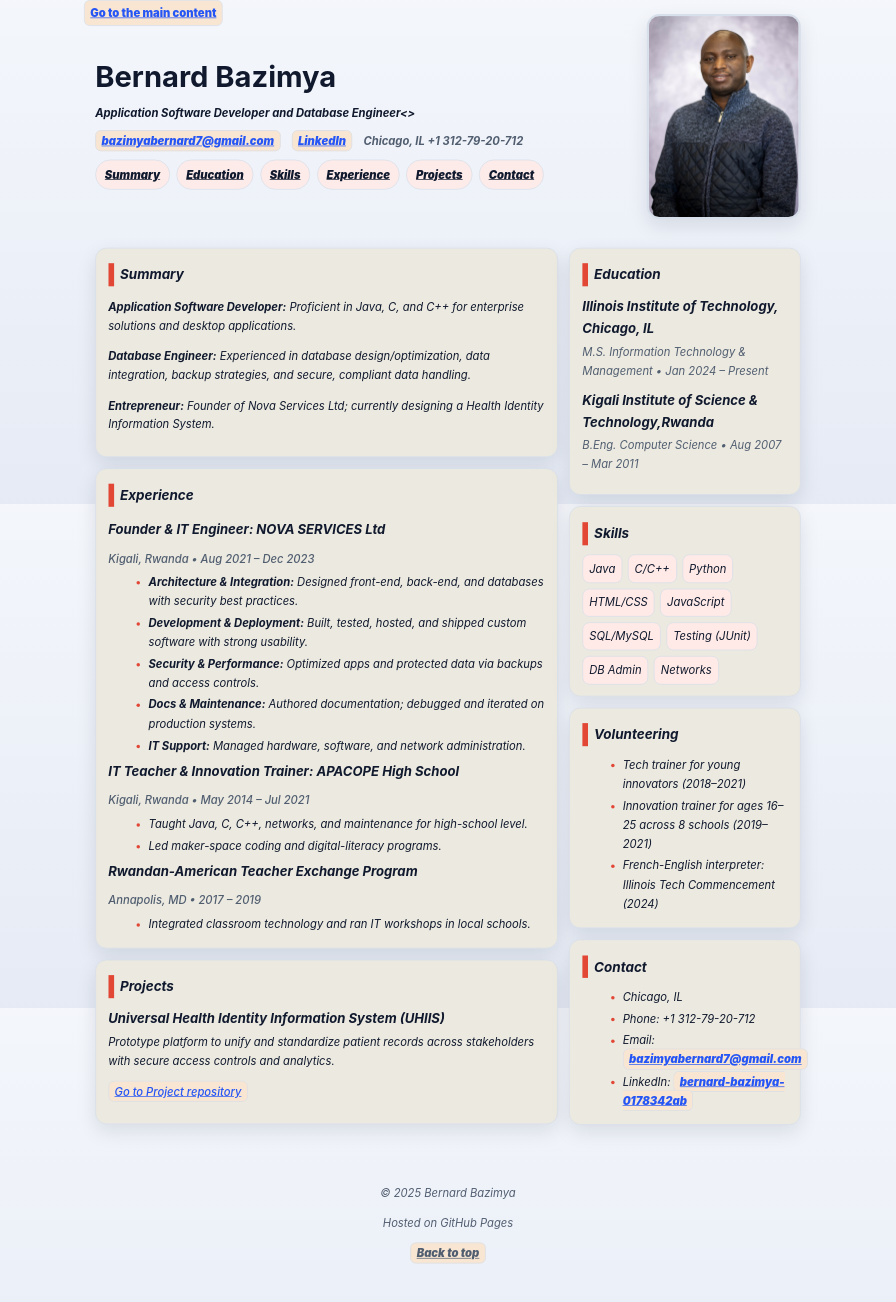
Repository: bbazimya/bernardbazimya-resume
Page: index.html
These files come from the project's save history. The page is drawn as it stood at one moment and after the next save; the edit follows.
The browser window is 1280 px wide. The pictures show the whole page, at 70% of full size.
Backgrounds fixed to the window are drawn as part of the page. Some web fonts or font styles are not loaded; a fallback is used.

Above is the page before, as saved 2025-09-14 00:35:53.

After the next save:
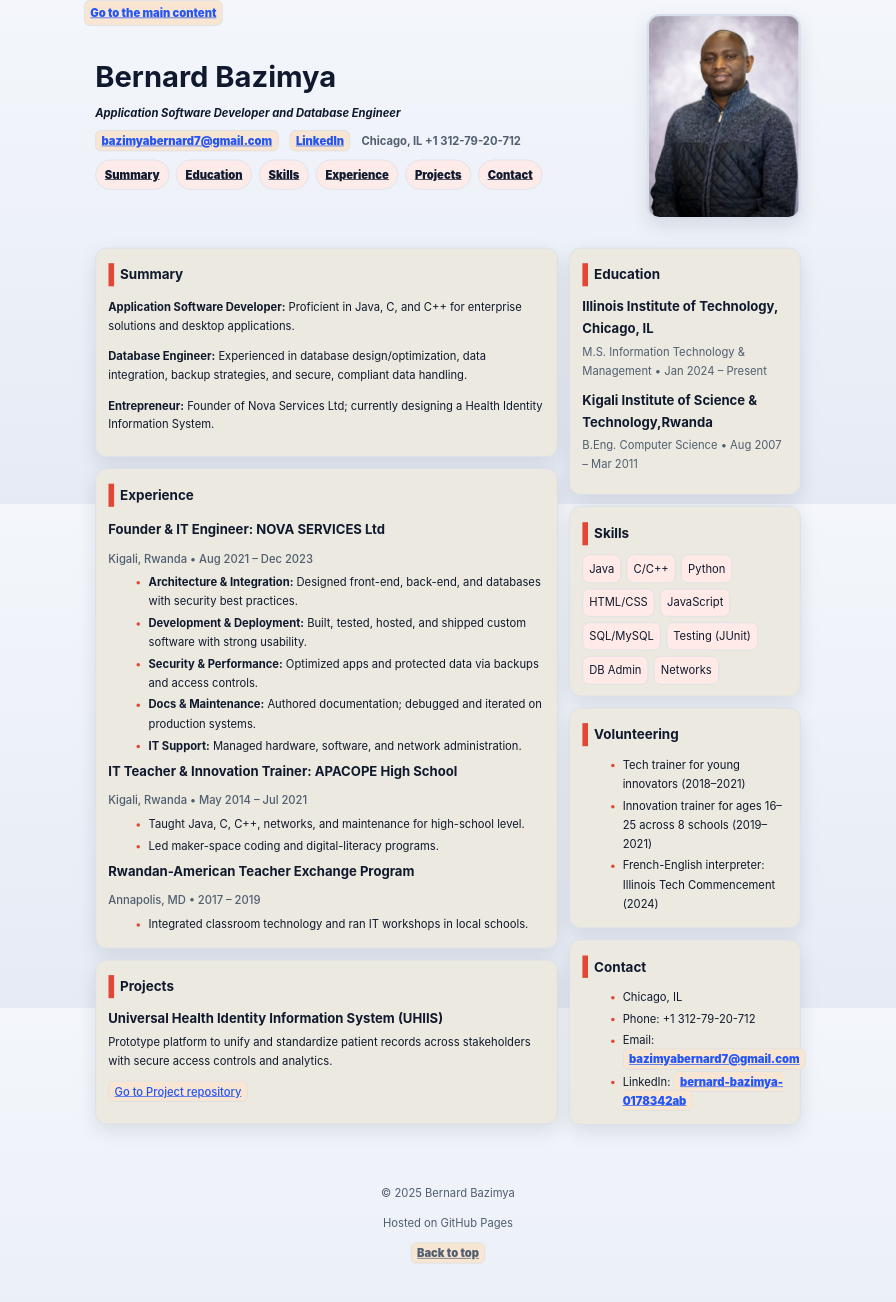
Saved 4 s later.
--- a/index.html
+++ b/index.html
@@ -22,7 +22,7 @@
   <header id="top" class="site-header container">
     <div class="header__text">
       <h1 class="site-title">Bernard Bazimya</h1>
-      <p class="site-subtitle"><Strong><i>Application Software Developer and Database Engineer<></Strong></p>
+      <p class="site-subtitle"><Strong><i>Application Software Developer and Database Engineer</i></Strong></p>
 
       <!-- my contacts -->
       <ul class="contact-inline">
